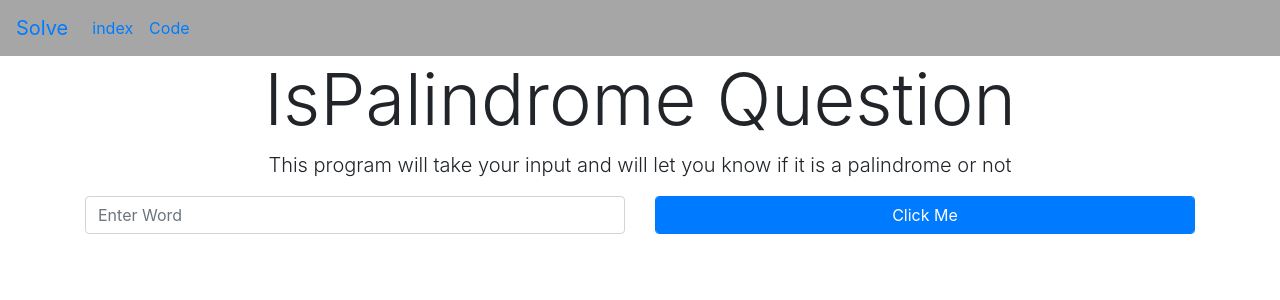
Repository: zhadjah9559/TacocatGrammar
Page: solve.html
An editor plug-in stored every save of this project. The page is shown before and after the next save, followed by the edit.
The browser window is 1280 px wide. The pictures show the whole page.

Above is the page before, as saved 2021-01-14 19:47:06.

### solve.html
<!doctype html>
<html lang="en">
  <head>
    <title>Solve</title>
    <!-- Required meta tags -->
    <meta charset="utf-8">
    <meta name="viewport" content="width=device-width, initial-scale=1, shrink-to-fit=no">

    <!-- Bootstrap CSS -->
    <link rel="stylesheet" href="https://stackpath.bootstrapcdn.com/bootstrap/4.3.1/css/bootstrap.min.css" integrity="sha384-ggOyR0iXCbMQv3Xipma34MD+dH/1fQ784/j6cY/iJTQUOhcWr7x9JvoRxT2MZw1T" crossorigin="anonymous">
  </head>
  <body>


    <nav class="navbar navbar-expand-sm" style="background-color: #A6A6A6;">
        <a class="navbar-brand" href="#">Solve</a>
        <button class="navbar-toggler d-lg-none" type="button" data-toggle="collapse" data-target="#collapsibleNavId" aria-controls="collapsibleNavId"
            aria-expanded="false" aria-label="Toggle navigation"></button>
        <div class="collapse navbar-collapse" id="collapsibleNavId">
            <ul class="navbar-nav mr-auto mt-2 mt-lg-0">
                <li class="nav-item active">
                    <a class="nav-link" href="index.html">index <span class="sr-only">(current)</span></a>
                </li>
                <li class="nav-item">
                    <a class="nav-link" href="code.html">Code</a>
                </li>
            </ul>
        </div>
    </nav>



        <div class="container">
            <div class="row">
                <div class="col text-center">
                    <h1 class="display-3">IsPalindrome Question</h1>
                    <p class="lead">This program will take your input and will let you know if it is a palindrome or not</p>
                </div>
            </div>
            <div class="row">
                <div class="col justify-content-center">
                    <input id="userInput" type="text" class="form-control" placeholder="Enter Word">
                </div>

                <!--We'll use this to implement event listener-->
                <div class="col">
                    <button id="userInputBtn" class="btn btn-primary form-control">Click Me</button>
                </div>
            </div>

            <div class="row">
                <div class="col">
                    <p id="output">  </p>
                </div>
            </div>



        </div>







    <!-- Optional JavaScript -->
    <!-- jQuery first, then Popper.js, then Bootstrap JS -->
    <script src="https://code.jquery.com/jquery-3.3.1.slim.min.js" integrity="sha384-q8i/X+965DzO0rT7abK41JStQIAqVgRVzpbzo5smXKp4YfRvH+8abtTE1Pi6jizo" crossorigin="anonymous"></script>
    <script src="https://cdnjs.cloudflare.com/ajax/libs/popper.js/1.14.7/umd/popper.min.js" integrity="sha384-UO2eT0CpHqdSJQ6hJty5KVphtPhzWj9WO1clHTMGa3JDZwrnQq4sF86dIHNDz0W1" crossorigin="anonymous"></script>
    <script src="https://stackpath.bootstrapcdn.com/bootstrap/4.3.1/js/bootstrap.min.js" integrity="sha384-JjSmVgyd0p3pXB1rRibZUAYoIIy6OrQ6VrjIEaFf/nJGzIxFDsf4x0xIM+B07jRM" crossorigin="anonymous"></script>
    <script src="js/custom.js"> </script>

  </body>
</html>

### js/custom.js
document.getElementById("userInputBtn").addEventListener("click", ()=>{
    //userInput = {"input"}
    let userInput = document.getElementById("userInput").value

    //convert string to an array  { "i", "n", "p", "u", "t" }
    let arrayElements = userInput.split('')

    //reverse array  =  { "t", "u", "p", "i", "n"}
    let reverseArray = arrayElements.reverse();

    //reversestring  =  {"tupin"}
    let reversedString = reverseArray.join('');

    if(userInput == reversedString){
        document.getElementById("output").innerHTML = "🌮The input you entered is a Palindrome!!😻"
    }else{
        document.getElementById("output").innerHTML = "❌The input you entered is NOT a Palindrome😿"
    }
    document.getElementById("userInput").innerHTML = ""
})

After the next save:
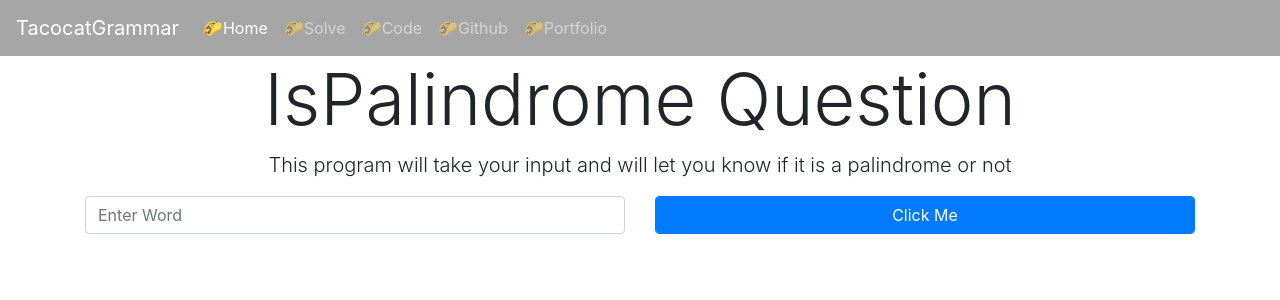
Saved 16 s later.
--- a/solve.html
+++ b/solve.html
@@ -12,17 +12,26 @@
   <body>
 
 
-    <nav class="navbar navbar-expand-sm" style="background-color: #A6A6A6;">
-        <a class="navbar-brand" href="#">Solve</a>
+    <nav class="navbar navbar-expand-sm navbar-dark" style="background-color:  #A6A6A6">
+        <a class="navbar-brand" href="#">TacocatGrammar</a>
         <button class="navbar-toggler d-lg-none" type="button" data-toggle="collapse" data-target="#collapsibleNavId" aria-controls="collapsibleNavId"
             aria-expanded="false" aria-label="Toggle navigation"></button>
         <div class="collapse navbar-collapse" id="collapsibleNavId">
             <ul class="navbar-nav mr-auto mt-2 mt-lg-0">
                 <li class="nav-item active">
-                    <a class="nav-link" href="index.html">index <span class="sr-only">(current)</span></a>
+                    <a class="nav-link" href="index.html">🌮Home <span class="sr-only">(current)</span></a>
                 </li>
                 <li class="nav-item">
-                    <a class="nav-link" href="code.html">Code</a>
+                    <a class="nav-link" href="solve.html">🌮Solve </a>
+                </li>
+                <li class="nav-item">
+                    <a class="nav-link" href="code.html">🌮Code </a>
+                </li>
+                <li class="nav-item">
+                    <a class="nav-link" target="_blank" href="https://github.com/zhadjah9559/SunsetHills">🌮Github</a>
+                </li>
+                <li class="nav-item">
+                    <a class="nav-link" target="_blank" href="https://www.zacharyhadjah.netlify.app">🌮Portfolio</a>
                 </li>
             </ul>
         </div>
